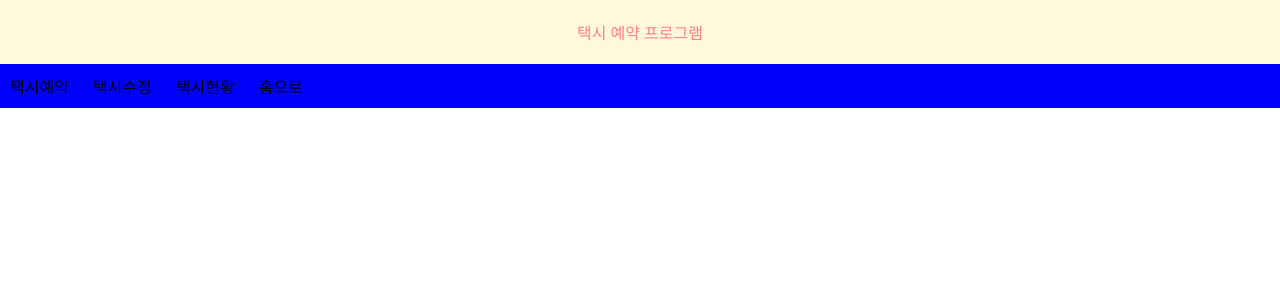
Repository: mvcfvsgdj/javaee
Page: http://localhost/prj0828/
An editor plug-in stored every save of this project. The page is shown before and after the next save, followed by the edit.
The browser window is 1280 px wide. The pictures show the whole page.
The page is served by Tomcat 9. Other server files are loaded and not shown.

Above is the page before, as saved 2023-08-28 02:49:45.

### prj0828/src/main/webapp/index.jsp
<%@ page language="java" contentType="text/html; charset=UTF-8"
	pageEncoding="UTF-8"%>
<!DOCTYPE html>
<html>
<head>
<meta charset="UTF-8">
<title>Insert title here</title>

<link href="./css/index.css" rel="stylesheet" />
</head>

<body>

	<header> 택시 예약 프로그램 </header>

	<nav>
		<ul>
			<li>택시예약</li>
			<li>택시수정</li>
			<li>택시현황</li>
			<li>홈으로</li>

		</ul>
	</nav>
	<section>
	<h2>
	</h2>
	</section>
	<footer> </footer>

</body>
</html>

### prj0828/src/main/webapp/css/index.css
@charset "UTF-8";
*{
	padding: 0px;
	margin: 0px;

}

header{
	padding: 20px;
	background-color:cornsilk;
	color:rgb(255, 128, 128);
	text-align: center;

}
nav{
	padding: 10px;
	background-color: blue;
}

ul{
	list-style: none;
}
ul > li{
	display: inline-block;
	padding-right:20px ;
}

After the next save:
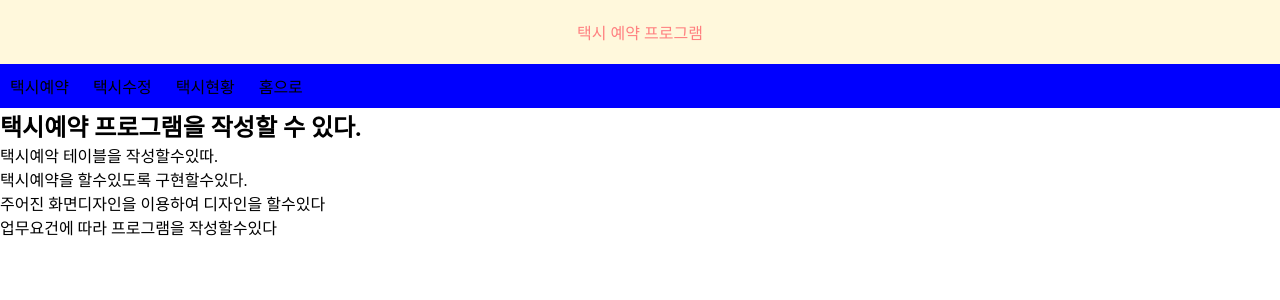
Saved 9 min 12 s later.
--- a/prj0828/src/main/webapp/index.jsp
+++ b/prj0828/src/main/webapp/index.jsp
@@ -24,7 +24,14 @@
 	</nav>
 	<section>
 	<h2>
-	</h2>
+	택시예약 프로그램을 작성할 수 있다.</h2>
+	<ol>
+	<li>택시예악 테이블을 작성할수있따.</li>
+	<li>택시예약을 할수있도록 구현할수있다.</li>
+	<li>주어진 화면디자인을 이용하여 디자인을 할수있다</li>
+	<li>업무요건에 따라 프로그램을 작성할수있다</li>
+
+	</ol>
 	</section>
 	<footer> </footer>
 
